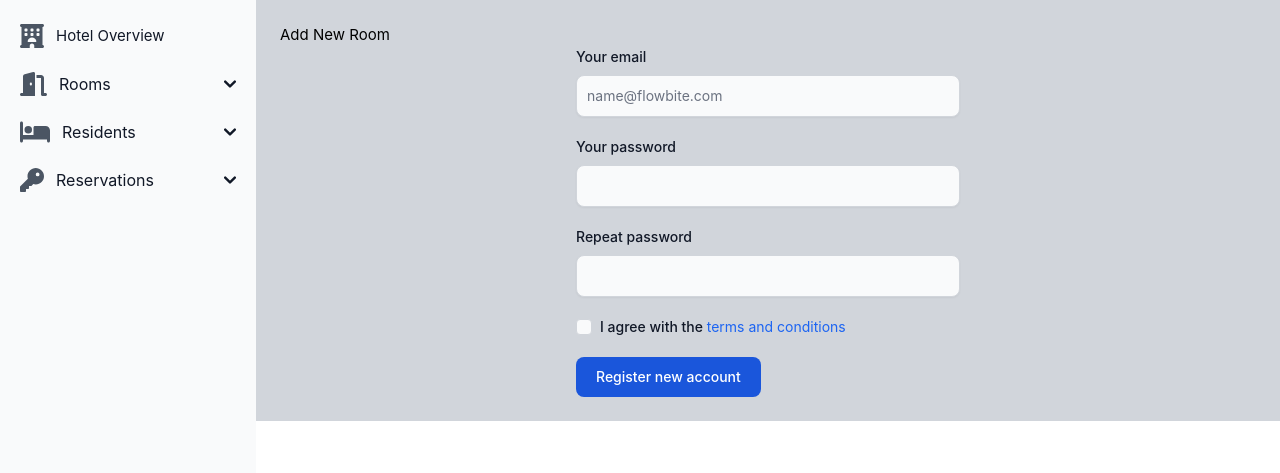
Repository: aggepap/hotelReservationsProj
Page: /rooms/add (app in admin-panel/)
An editor plug-in stored every save of this project. The page is shown before and after the next save, followed by the edit.
The browser window is 1280 px wide. The pictures show the whole page.
The project was rebuilt for these pictures with package versions that can differ from the ones it lists, and the page was loaded fresh each time. Also part of the build but not shown: admin-panel/vite.config.ts, admin-panel/src/views/HomeView.vue.

Above is the page before, as saved 2025-01-19 15:50:46.

After the next save:
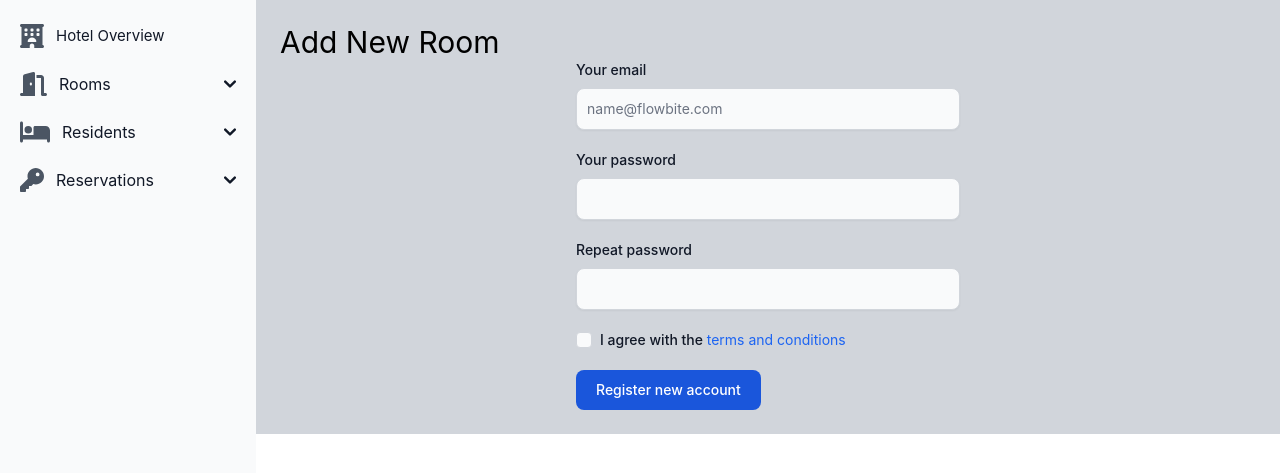
Saved 37 s later.
--- a/admin-panel/src/views/roomviews/AddRoomView.vue
+++ b/admin-panel/src/views/roomviews/AddRoomView.vue
@@ -1,7 +1,7 @@
 <script setup></script>
 
 <template>
-  <h2 class="text-black">Add New Room</h2>
+  <h2 class="text-black text-3xl mx-auto">Add New Room</h2>
   <form class="max-w-sm mx-auto">
     <div class="mb-5">
       <label
